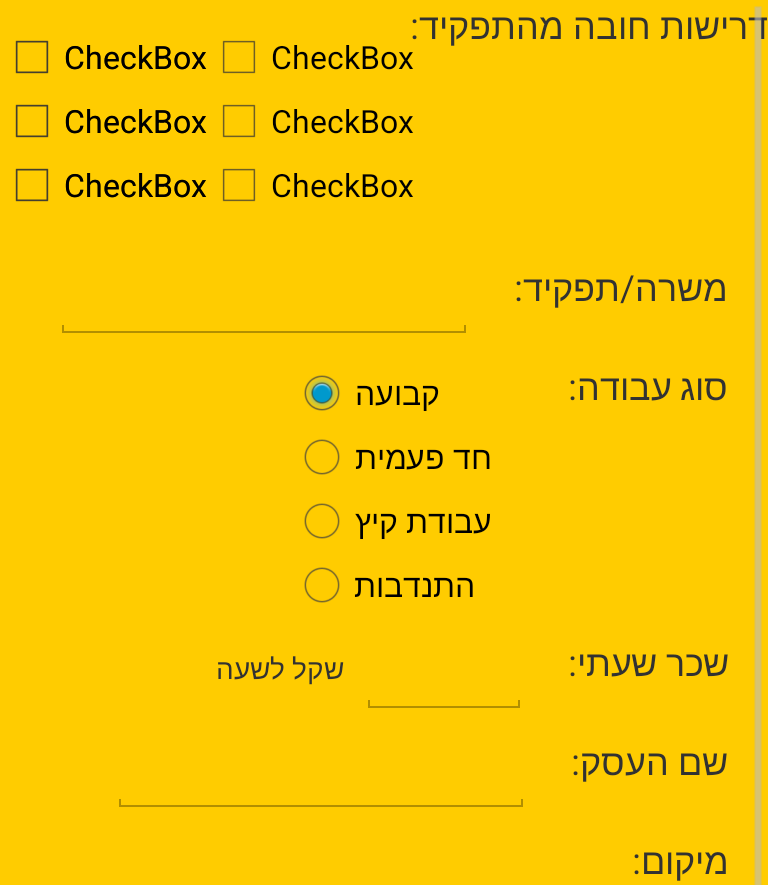
Repository: rodi055/jobli
Layout: Jobli/res/layout/fragment_create_job.xml
These files come from the project's save history. The layout is drawn as it stood at one moment and after the next save; the edit follows.
The pictures show rows 0 to 885 of an output 1280 px tall.
Pictures or frames that could not be fetched are drawn as grey boxes. It is drawn on a 768 x 1280 px phone screen (xhdpi) without system bars, with theme AppTheme; the app's code is not run. The app's manifest (not shown) leaves right-to-left support off. So textAlignment, textDirection and layoutDirection are ignored, and left and right values win over start and end ones.

Above is the layout before, as saved 2015-01-03 12:36:43.

### Jobli/res/layout/fragment_create_job.xml
<?xml version="1.0" encoding="utf-8"?>
<LinearLayout xmlns:android="http://schemas.android.com/apk/res/android"
    android:layout_width="match_parent"
    android:layout_height="match_parent"
    android:background="#FFCC00"
    android:orientation="vertical" >

    <ScrollView
        android:layout_width="match_parent"
        android:layout_height="wrap_content" >

        <LinearLayout
            android:layout_width="match_parent"
            android:layout_height="wrap_content"
            android:orientation="vertical" >

            <RelativeLayout
                android:layout_width="wrap_content"
                android:layout_height="0dp"
                android:layout_weight="0.56" >

                <TextView
                    android:id="@+id/textView10"
                    android:layout_width="wrap_content"
                    android:layout_height="wrap_content"
                    android:layout_alignParentEnd="true"
                    android:layout_alignParentRight="true"
                    android:layout_alignParentTop="true"
                    android:text="דרישות חובה מהתפקיד:"
                    android:textSize="18sp" />

                <TableLayout
                    android:id="@+id/table3"
                    android:layout_width="wrap_content"
                    android:layout_height="wrap_content"
                    android:layout_centerVertical="true"
                    android:layout_toEndOf="@+id/table1"
                    android:layout_toRightOf="@+id/table1" >

                    <TableRow
                        android:id="@+id/tableRow21"
                        android:layout_width="wrap_content"
                        android:layout_height="wrap_content" >

                        <CheckBox
                            android:id="@+id/checkBox22"
                            android:layout_width="wrap_content"
                            android:layout_height="wrap_content"
                            android:text="CheckBox" />
                    </TableRow>

                    <TableRow
                        android:id="@+id/tableRow22"
                        android:layout_width="wrap_content"
                        android:layout_height="wrap_content" >

                        <CheckBox
                            android:id="@+id/checkBox23"
                            android:layout_width="wrap_content"
                            android:layout_height="wrap_content"
                            android:text="CheckBox" />
                    </TableRow>

                    <TableRow
                        android:id="@+id/tableRow23"
                        android:layout_width="wrap_content"
                        android:layout_height="wrap_content" >

                        <CheckBox
                            android:id="@+id/checkBox24"
                            android:layout_width="wrap_content"
                            android:layout_height="wrap_content"
                            android:text="CheckBox" />
                    </TableRow>

                    <TableRow
                        android:id="@+id/tableRow24"
                        android:layout_width="wrap_content"
                        android:layout_height="wrap_content" >
                    </TableRow>
                </TableLayout>

                <TableLayout
                    android:id="@+id/table2"
                    android:layout_width="wrap_content"
                    android:layout_height="wrap_content"
                    android:layout_centerVertical="true"
                    android:layout_toEndOf="@+id/table2"
                    android:layout_toRightOf="@+id/table2" >

                    <TableRow
                        android:id="@+id/tableRow41"
                        android:layout_width="wrap_content"
                        android:layout_height="wrap_content" >

                        <CheckBox
                            android:id="@+id/checkBox2"
                            android:layout_width="wrap_content"
                            android:layout_height="wrap_content"
                            android:text="CheckBox" />
                    </TableRow>

                    <TableRow
                        android:id="@+id/tableRow2"
                        android:layout_width="wrap_content"
                        android:layout_height="wrap_content" >

                        <CheckBox
                            android:id="@+id/checkBox42"
                            android:layout_width="wrap_content"
                            android:layout_height="wrap_content"
                            android:text="CheckBox" />
                    </TableRow>

                    <TableRow
                        android:id="@+id/tableRow3"
                        android:layout_width="wrap_content"
                        android:layout_height="wrap_content" >

                        <CheckBox
                            android:id="@+id/checkBox4"
                            android:layout_width="wrap_content"
                            android:layout_height="wrap_content"
                            android:text="CheckBox" />
                    </TableRow>

                    <TableRow
                        android:id="@+id/tableRow4"
                        android:layout_width="wrap_content"
                        android:layout_height="wrap_content" >
                    </TableRow>
                </TableLayout>

                <TableLayout
                    android:id="@+id/table1"
                    android:layout_width="wrap_content"
                    android:layout_height="wrap_content"
                    android:layout_below="@+id/textView10"
                    android:layout_centerVertical="true" >

                    <TableRow
                        android:id="@+id/tableRow11"
                        android:layout_width="wrap_content"
                        android:layout_height="wrap_content" >

                        <CheckBox
                            android:id="@+id/checkBox12"
                            android:layout_width="wrap_content"
                            android:layout_height="wrap_content"
                            android:text="CheckBox" />
                    </TableRow>

                    <TableRow
                        android:id="@+id/tableRow12"
                        android:layout_width="wrap_content"
                        android:layout_height="wrap_content" >

                        <CheckBox
                            android:id="@+id/checkBox13"
                            android:layout_width="wrap_content"
                            android:layout_height="wrap_content"
                            android:text="CheckBox" />
                    </TableRow>

                    <TableRow
                        android:id="@+id/tableRow13"
                        android:layout_width="wrap_content"
                        android:layout_height="wrap_content" >

                        <CheckBox
                            android:id="@+id/checkBox14"
                            android:layout_width="wrap_content"
                            android:layout_height="wrap_content"
                            android:text="CheckBox" />
                    </TableRow>

                    <TableRow
                        android:id="@+id/tableRow14"
                        android:layout_width="wrap_content"
                        android:layout_height="wrap_content" >
                    </TableRow>
                </TableLayout>
            </RelativeLayout>

            <RelativeLayout
                android:layout_width="wrap_content"
                android:layout_height="wrap_content"
                android:layout_marginTop="10dp" >

                <TextView
                    android:id="@+id/textView1"
                    android:layout_width="wrap_content"
                    android:layout_height="wrap_content"
                    android:layout_alignParentEnd="true"
                    android:layout_alignParentRight="true"
                    android:layout_alignParentTop="true"
                    android:layout_marginEnd="20dp"
                    android:layout_marginRight="20dp"
                    android:text="משרה/תפקיד:"
                    android:textSize="18sp" />

                <EditText
                    android:id="@+id/editText1"
                    android:layout_width="wrap_content"
                    android:layout_height="wrap_content"
                    android:layout_alignTop="@+id/textView1"
                    android:layout_marginEnd="20dp"
                    android:layout_marginRight="20dp"
                    android:layout_toLeftOf="@+id/textView1"
                    android:layout_toStartOf="@+id/textView1"
                    android:ems="10"
                    android:inputType="text"
                    android:maxLines="1" />
            </RelativeLayout>

            <RelativeLayout
                android:layout_width="wrap_content"
                android:layout_height="wrap_content"
                android:layout_marginTop="10dp" >

                <TextView
                    android:id="@+id/textView2"
                    android:layout_width="wrap_content"
                    android:layout_height="wrap_content"
                    android:layout_alignParentEnd="true"
                    android:layout_alignParentRight="true"
                    android:layout_alignParentTop="true"
                    android:layout_marginEnd="20dp"
                    android:layout_marginRight="20dp"
                    android:text="סוג עבודה:"
                    android:textSize="18sp" />

                <RadioGroup
                    android:id="@+id/radioGroup1"
                    android:layout_width="wrap_content"
                    android:layout_height="wrap_content"
                    android:layout_alignParentTop="true"
                    android:layout_marginEnd="38dp"
                    android:layout_marginRight="38dp"
                    android:layout_toLeftOf="@+id/textView2" >

                    <RadioButton
                        android:id="@+id/radio0"
                        android:layout_width="wrap_content"
                        android:layout_height="wrap_content"
                        android:checked="true"
                        android:text="קבועה" />

                    <RadioButton
                        android:id="@+id/radio1"
                        android:layout_width="wrap_content"
                        android:layout_height="wrap_content"
                        android:text="חד פעמית" />

                    <RadioButton
                        android:id="@+id/radio2"
                        android:layout_width="wrap_content"
                        android:layout_height="wrap_content"
                        android:text="עבודת קיץ" />

                    <RadioButton
                        android:id="@+id/radio3"
                        android:layout_width="wrap_content"
                        android:layout_height="wrap_content"
                        android:text="התנדבות" />
                </RadioGroup>
            </RelativeLayout>

            <RelativeLayout
                android:layout_width="wrap_content"
                android:layout_height="wrap_content"
                android:layout_marginTop="10dp" >

                <TextView
                    android:id="@+id/textView8"
                    android:layout_width="wrap_content"
                    android:layout_height="wrap_content"
                    android:layout_alignParentEnd="true"
                    android:layout_alignParentRight="true"
                    android:layout_alignParentTop="true"
                    android:layout_marginEnd="20dp"
                    android:layout_marginRight="20dp"
                    android:text="שכר שעתי:"
                    android:textSize="18sp" />

                <EditText
                    android:id="@+id/editText8"
                    android:layout_width="wrap_content"
                    android:layout_height="wrap_content"
                    android:layout_alignTop="@+id/textView8"
                    android:layout_marginEnd="20dp"
                    android:layout_marginRight="20dp"
                    android:layout_toLeftOf="@+id/textView8"
                    android:ems="4"
                    android:inputType="numberDecimal"
                    android:maxLines="1"
                    android:singleLine="true" />

                <TextView
                    android:id="@+id/textView9"
                    android:layout_width="wrap_content"
                    android:layout_height="wrap_content"
                    android:layout_alignBottom="@+id/textView8"
                    android:layout_marginRight="8dp"
                    android:layout_toLeftOf="@+id/editText8"
                    android:text="שקל לשעה" />
            </RelativeLayout>

            <RelativeLayout
                android:layout_width="wrap_content"
                android:layout_height="wrap_content"
                android:layout_marginTop="10dp" >

                <TextView
                    android:id="@+id/textView3"
                    android:layout_width="wrap_content"
                    android:layout_height="wrap_content"
                    android:layout_alignParentEnd="true"
                    android:layout_alignParentRight="true"
                    android:layout_alignParentTop="true"
                    android:layout_marginEnd="20dp"
                    android:layout_marginRight="20dp"
                    android:text="שם העסק:"
                    android:textSize="18sp" />

                <EditText
                    android:id="@+id/editText3"
                    android:layout_width="wrap_content"
                    android:layout_height="wrap_content"
                    android:layout_alignTop="@+id/textView3"
                    android:layout_marginEnd="20dp"
                    android:layout_marginRight="20dp"
                    android:layout_toLeftOf="@+id/textView3"
                    android:ems="10"
                    android:maxLines="1"
                    android:singleLine="true" />
            </RelativeLayout>

            <RelativeLayout
                android:layout_width="wrap_content"
                android:layout_height="wrap_content"
                android:layout_marginTop="10dp" >

                <TextView
                    android:id="@+id/textView4"
                    android:layout_width="wrap_content"
                    android:layout_height="wrap_content"
                    android:layout_alignParentEnd="true"
                    android:layout_alignParentRight="true"
                    android:layout_alignParentTop="true"
                    android:layout_marginEnd="20dp"
                    android:layout_marginRight="20dp"
                    android:text="מיקום:"
                    android:textSize="18sp" />
            </RelativeLayout>

            <fragment
                android:id="@+id/My_map"
                android:layout_width="match_parent"
                android:layout_height="120dp"
                android:layout_marginBottom="20dp"
                class="com.google.android.gms.maps.MapFragment" />

            <RelativeLayout
                android:layout_width="wrap_content"
                android:layout_height="wrap_content"
                android:layout_marginTop="10dp" >

                <TextView
                    android:id="@+id/textView5"
                    android:layout_width="wrap_content"
                    android:layout_height="wrap_content"
                    android:layout_alignParentEnd="true"
                    android:layout_alignParentRight="true"
                    android:layout_alignParentTop="true"
                    android:layout_marginEnd="20dp"
                    android:layout_marginRight="20dp"
                    android:text="שם איש קשר:"
                    android:textSize="18sp" />

                <EditText
                    android:id="@+id/editText5"
                    android:layout_width="wrap_content"
                    android:layout_height="wrap_content"
                    android:layout_alignTop="@+id/textView5"
                    android:layout_marginEnd="20dp"
                    android:layout_marginRight="20dp"
                    android:layout_toLeftOf="@+id/textView5"
                    android:layout_toStartOf="@+id/textView5"
                    android:ems="10"
                    android:inputType="textPersonName"
                    android:maxLines="1"
                    android:singleLine="true" />
            </RelativeLayout>

            <RelativeLayout
                android:layout_width="wrap_content"
                android:layout_height="wrap_content"
                android:layout_marginTop="10dp" >

                <TextView
                    android:id="@+id/textView6"
                    android:layout_width="wrap_content"
                    android:layout_height="wrap_content"
                    android:layout_alignParentEnd="true"
                    android:layout_alignParentRight="true"
                    android:layout_alignParentTop="true"
                    android:layout_marginEnd="20dp"
                    android:layout_marginRight="20dp"
                    android:text="איימיל:"
                    android:textSize="18sp" />

                <EditText
                    android:id="@+id/editText6"
                    android:layout_width="wrap_content"
                    android:layout_height="wrap_content"
                    android:layout_alignTop="@+id/textView6"
                    android:layout_marginEnd="20dp"
                    android:layout_marginRight="20dp"
                    android:layout_toLeftOf="@+id/textView6"
                    android:layout_toStartOf="@+id/textView6"
                    android:ems="10"
                    android:inputType="textEmailAddress"
                    android:maxLines="1"
                    android:singleLine="true" />
            </RelativeLayout>

            <RelativeLayout
                android:layout_width="wrap_content"
                android:layout_height="wrap_content"
                android:layout_marginTop="10dp"
                android:contentDescription="@android:string/emptyPhoneNumber" >

                <TextView
                    android:id="@+id/textView7"
                    android:layout_width="wrap_content"
                    android:layout_height="wrap_content"
                    android:layout_alignParentEnd="true"
                    android:layout_alignParentRight="true"
                    android:layout_alignParentTop="true"
                    android:layout_marginEnd="20dp"
                    android:layout_marginRight="20dp"
                    android:text="מספר טלפון:"
                    android:textSize="18sp" />

                <EditText
                    android:id="@+id/editText7"
                    android:layout_width="wrap_content"
                    android:layout_height="wrap_content"
                    android:layout_alignTop="@+id/textView7"
                    android:layout_marginEnd="20dp"
                    android:layout_marginRight="20dp"
                    android:layout_toLeftOf="@+id/textView7"
                    android:layout_toStartOf="@+id/textView7"
                    android:ems="10"
                    android:inputType="phone"
                    android:maxLines="1"
                    android:singleLine="true" />

                <CheckBox
                    android:id="@+id/checkBox1"
                    android:layout_width="wrap_content"
                    android:layout_height="wrap_content"
                    android:layout_alignParentRight="true"
                    android:layout_below="@id/textView7"
                    android:text="אל תציג מספר טלפון"
                    android:textSize="12sp" />
            </RelativeLayout>
        </LinearLayout>
    </ScrollView>

</LinearLayout>

Loaded but not shown: Jobli/res/values/styles.xml (common file); Jobli/res/values-v11/styles.xml (common file); Jobli/res/values-v14/styles.xml (common file)

After the next save:
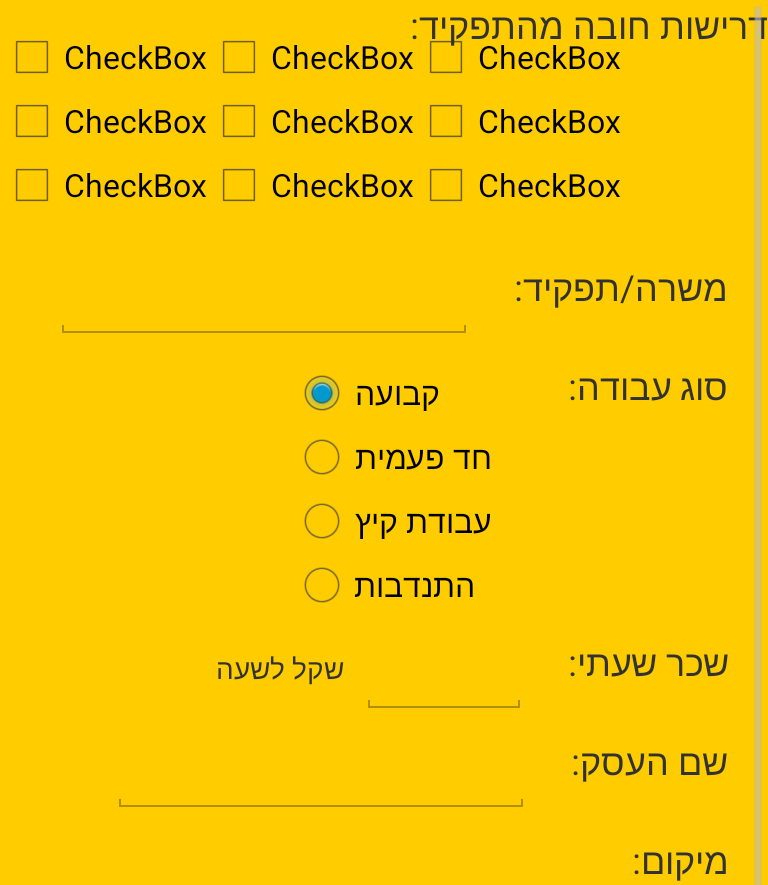
Saved 41 s later.
--- a/Jobli/res/layout/fragment_create_job.xml
+++ b/Jobli/res/layout/fragment_create_job.xml
@@ -34,59 +34,59 @@
                     android:layout_width="wrap_content"
                     android:layout_height="wrap_content"
                     android:layout_centerVertical="true"
+                    android:layout_toEndOf="@+id/table2"
+                    android:layout_toRightOf="@+id/table2" >
+
+                    <TableRow
+                        android:id="@+id/tableRow21"
+                        android:layout_width="wrap_content"
+                        android:layout_height="wrap_content" >
+
+                        <CheckBox
+                            android:id="@+id/checkBox22"
+                            android:layout_width="wrap_content"
+                            android:layout_height="wrap_content"
+                            android:text="CheckBox" />
+                    </TableRow>
+
+                    <TableRow
+                        android:id="@+id/tableRow22"
+                        android:layout_width="wrap_content"
+                        android:layout_height="wrap_content" >
+
+                        <CheckBox
+                            android:id="@+id/checkBox23"
+                            android:layout_width="wrap_content"
+                            android:layout_height="wrap_content"
+                            android:text="CheckBox" />
+                    </TableRow>
+
+                    <TableRow
+                        android:id="@+id/tableRow23"
+                        android:layout_width="wrap_content"
+                        android:layout_height="wrap_content" >
+
+                        <CheckBox
+                            android:id="@+id/checkBox24"
+                            android:layout_width="wrap_content"
+                            android:layout_height="wrap_content"
+                            android:text="CheckBox" />
+                    </TableRow>
+
+                    <TableRow
+                        android:id="@+id/tableRow24"
+                        android:layout_width="wrap_content"
+                        android:layout_height="wrap_content" >
+                    </TableRow>
+                </TableLayout>
+
+                <TableLayout
+                    android:id="@+id/table2"
+                    android:layout_width="wrap_content"
+                    android:layout_height="wrap_content"
+                    android:layout_centerVertical="true"
                     android:layout_toEndOf="@+id/table1"
                     android:layout_toRightOf="@+id/table1" >
-
-                    <TableRow
-                        android:id="@+id/tableRow21"
-                        android:layout_width="wrap_content"
-                        android:layout_height="wrap_content" >
-
-                        <CheckBox
-                            android:id="@+id/checkBox22"
-                            android:layout_width="wrap_content"
-                            android:layout_height="wrap_content"
-                            android:text="CheckBox" />
-                    </TableRow>
-
-                    <TableRow
-                        android:id="@+id/tableRow22"
-                        android:layout_width="wrap_content"
-                        android:layout_height="wrap_content" >
-
-                        <CheckBox
-                            android:id="@+id/checkBox23"
-                            android:layout_width="wrap_content"
-                            android:layout_height="wrap_content"
-                            android:text="CheckBox" />
-                    </TableRow>
-
-                    <TableRow
-                        android:id="@+id/tableRow23"
-                        android:layout_width="wrap_content"
-                        android:layout_height="wrap_content" >
-
-                        <CheckBox
-                            android:id="@+id/checkBox24"
-                            android:layout_width="wrap_content"
-                            android:layout_height="wrap_content"
-                            android:text="CheckBox" />
-                    </TableRow>
-
-                    <TableRow
-                        android:id="@+id/tableRow24"
-                        android:layout_width="wrap_content"
-                        android:layout_height="wrap_content" >
-                    </TableRow>
-                </TableLayout>
-
-                <TableLayout
-                    android:id="@+id/table2"
-                    android:layout_width="wrap_content"
-                    android:layout_height="wrap_content"
-                    android:layout_centerVertical="true"
-                    android:layout_toEndOf="@+id/table2"
-                    android:layout_toRightOf="@+id/table2" >
 
                     <TableRow
                         android:id="@+id/tableRow41"
